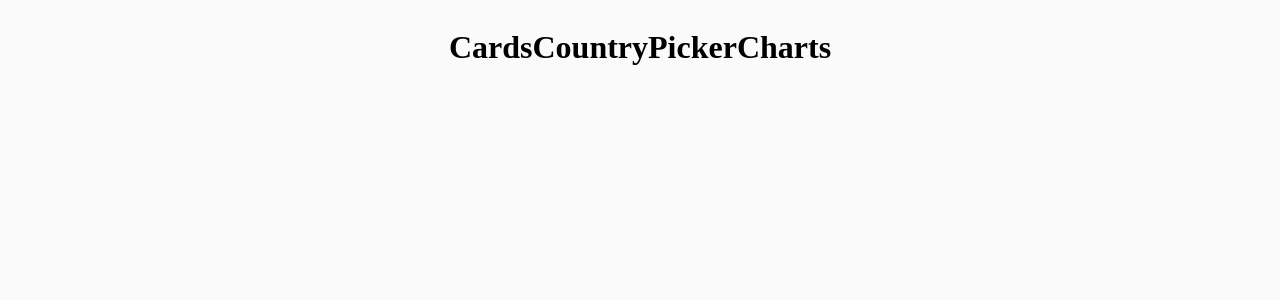
Repository: azizdeghais/CovidTracker
Page: /
These files come from the project's save history. The page is drawn as it stood at one moment and after the next save; the edit follows.
The browser window is 1280 px wide. The pictures show the whole page.
The project was rebuilt for these pictures with package versions that can differ from the ones it lists, and the page was loaded fresh each time. Also part of the build but not shown: vite.config.js.

Above is the page before, as saved 2023-03-09 15:29:20.

### src/App.jsx
import React from 'react'

// import Cards from './components/Cards/Cards'
// import CountryPicker from './components/CountryPicker/CountryPicker'
// import Charts from './components/Chart/Chart'

// WE CAN INSTEAD DO THIS FOR THE 3 LINES ABOVE


import styles from './App.module.css'


import {Cards,Chart,CountryPicker} from './components'
function App() {

  return (
    <div className={styles.container}>
      <Cards />
      <CountryPicker/>
      <Chart/>
    </div>
  )
}

export default App

### src/App.module.css
body{
    background-color: rgb(250,250,250);
}

.container{
    display:flex;
    align-items:center;
    justify-content: center;
}

### src/components/index.js
export {default as Cards} from './Cards/Cards'
export {default as Chart} from './Chart/Chart'
export {default as CountryPicker} from './CountryPicker/CountryPicker'

### src/components/Cards/Cards.jsx
import React from 'react'

const Cards = ()=>{
    return(
        <h1>Cards</h1>
    )
}

export default Cards;

### src/components/Chart/Chart.jsx
import React from 'react'

const Charts = ()=>{
    return(
        <h1>Charts</h1>
    )
}

export default Charts;

### src/components/CountryPicker/CountryPicker.jsx
import React from 'react'

const CountryPicker = ()=>{
    return(
        <h1>CountryPicker</h1>
    )
}

export default CountryPicker;

Loaded but not shown: index.html (common file); src/main.jsx (common file)

After the next save:
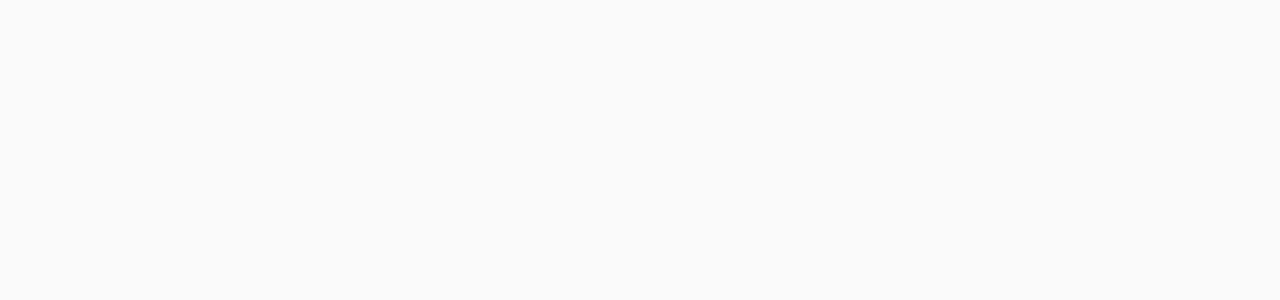
Console error: ReferenceError: Chart is not defined
Saved 33 s later.
--- a/src/App.jsx
+++ b/src/App.jsx
@@ -1,8 +1,8 @@
 import React from 'react'
 
-// import Cards from './components/Cards/Cards'
-// import CountryPicker from './components/CountryPicker/CountryPicker'
-// import Charts from './components/Chart/Chart'
+import Cards from './components/Cards/Cards'
+import CountryPicker from './components/CountryPicker/CountryPicker'
+import Charts from './components/Chart/Chart'
 
 // WE CAN INSTEAD DO THIS FOR THE 3 LINES ABOVE
 
@@ -10,7 +10,7 @@
 import styles from './App.module.css'
 
 
-import {Cards,Chart,CountryPicker} from './components'
+
 function App() {
 
   return (

After the save that followed:
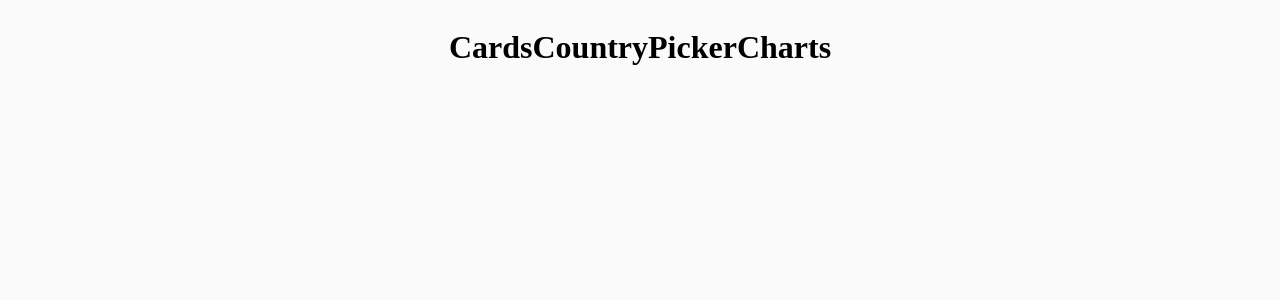
The error is gone.
Saved 8 s later.
--- a/src/App.jsx
+++ b/src/App.jsx
@@ -2,7 +2,7 @@
 
 import Cards from './components/Cards/Cards'
 import CountryPicker from './components/CountryPicker/CountryPicker'
-import Charts from './components/Chart/Chart'
+import Chart from './components/Chart/Chart'
 
 // WE CAN INSTEAD DO THIS FOR THE 3 LINES ABOVE
 
